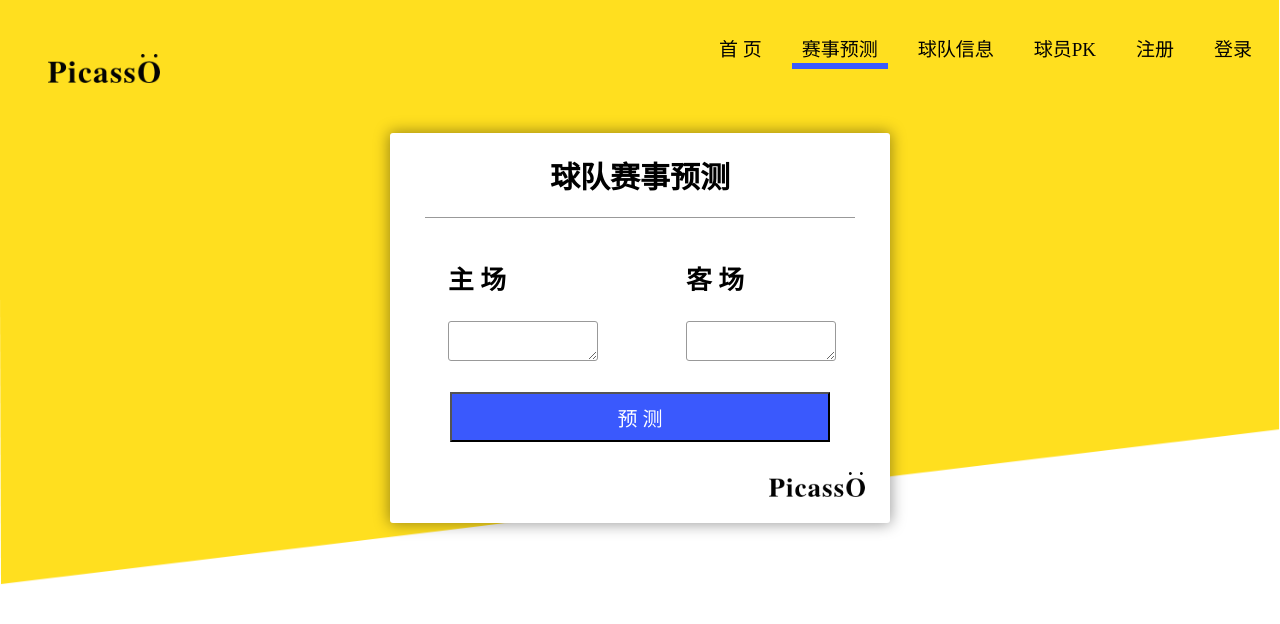
Repository: cciixx/nba-prediction-sys
Page: public/predict.html
An editor plug-in stored every save of this project. The page is shown before and after the next save, followed by the edit.
The browser window is 1280 px wide. The pictures show the whole page.

Above is the page before, as saved 2020-04-03 14:46:57.

After the next save:
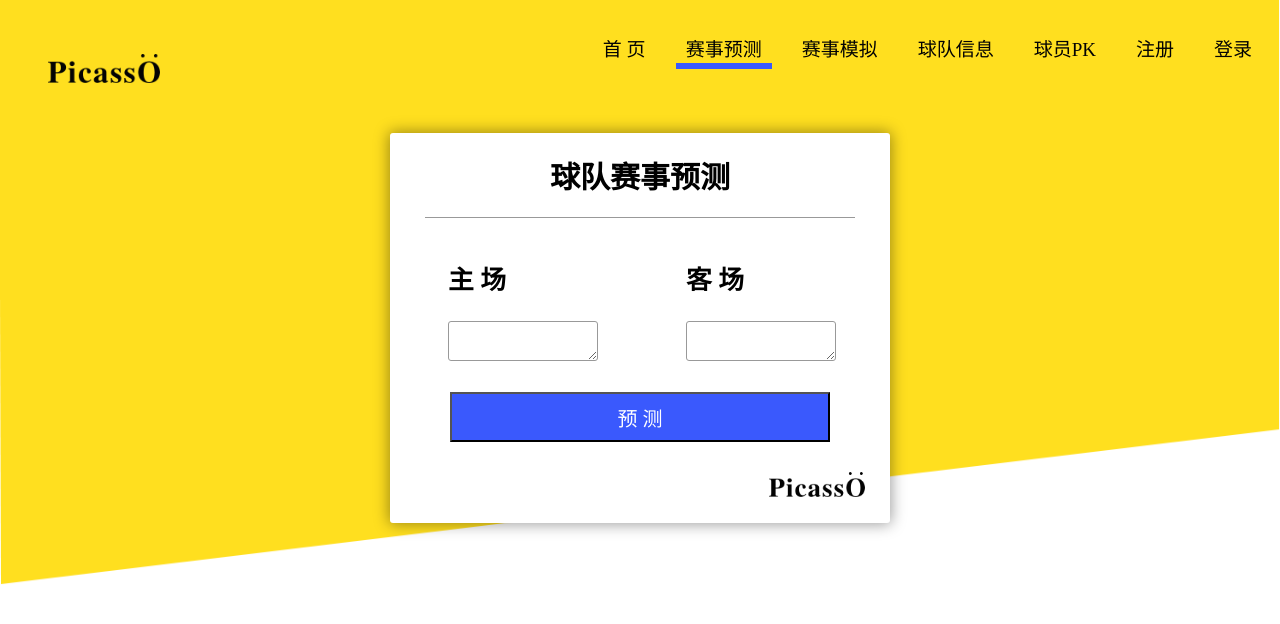
Saved 5 h 37 min later.
--- a/public/predict.html
+++ b/public/predict.html
@@ -1,54 +1,42 @@
 <!doctype html>
-<html lang="en, zh">
-
+<html>
 <head>
-    <meta charset="utf-8">
-    <title>NBA预测系统-赛事预测</title>
-    <link href="css/navl.css" rel="stylesheet" type="text/css">
-    <link href="css/predict.css" rel="stylesheet" type="text/css">
-    <script src="/JS/jquery-3.4.1.js"></script>
+<meta charset="utf-8">
+<title>NBA预测系统-赛事预测</title>
+    <link  href="css/navl.css" rel="stylesheet" type="text/css">
+    <link  href="css/search.css" rel="stylesheet" type="text/css">
+    <script src="JS/jquery-3.4.1.js"></script>
     <script src="JS/predict.js"></script>
-    <style>
-        body {
-            background-image: url(images/half_yellow.png);
-        }
-    </style>
+	<style>
+		body{background-image: url(images/half_yellow.png);}
+	</style>
 </head>
 
 <body>
     <div class="header">
-        <header></header>
-        <ul class='navl' style="background-color: blueviolet;">
+        <ul class='navl', style="background-color: blueviolet;">
             <li><a href="login.html">登录</a></li>
             <li><a href="register.html">注册</a></li>
             <li><a href="PK_index.html">球员PK</a></li>
-            <li><a href="team_index.html">球队信息</a></li>
+            <li><a href="team.html">球队信息</a></li>
+            <li><a href="live_index.html">赛事模拟</a></li>
             <li style="border-bottom: 6px solid #3a59fd;"><a href="predict.html">赛事预测</a></li>
             <li><a href="first.html">首 页</a></li>
-            <img src="images/logo.png" alt="PicassÖ">
+            <img src="images/logo.png">
         </ul>
-        </header>
     </div>
 
-
     <div class="wrapper">
-        <main>
-            <div class="bg">
-                <h2 style="font-size: 30px;">球队赛事预测</h2>
-                <div style="overflow: hidden;">
-                    <div class='box'>
-                        <label for="home_n"><h3>主 场</h3><textarea id="home_n"></textarea></label>
-                    </div>
-                    <div class='box'>
-                        <label for="away_n"><h3>客 场</h3><textarea id="away_n"></textarea></label>
-                    </div>
-                </div>
-                <div style="text-align: center;"><input class="btn" type="button" id="pred" value="预 测"></div>
-                <img src="images/logo.png" alt="PicassÖ">
+        <div class="bg">
+            <h2 style="font-size: 30px;">球队赛事预测</h2>
+            <div style="overflow: hidden;">
+                <div class='box'><h3>主 场</h3><p id="home_p"></p><textarea></textarea></div>
+                <div class='box'><h3>客 场</h3><p id="away_p"></p><textarea></textarea></div>
             </div>
-        </main>
+            <div style="text-align: center;"><input class="btn" type="submit" id="pred" value="预 测"></div>
+            <img src="images/logo.png">
+        </div>
     </div>
 
 </body>
-
 </html>
